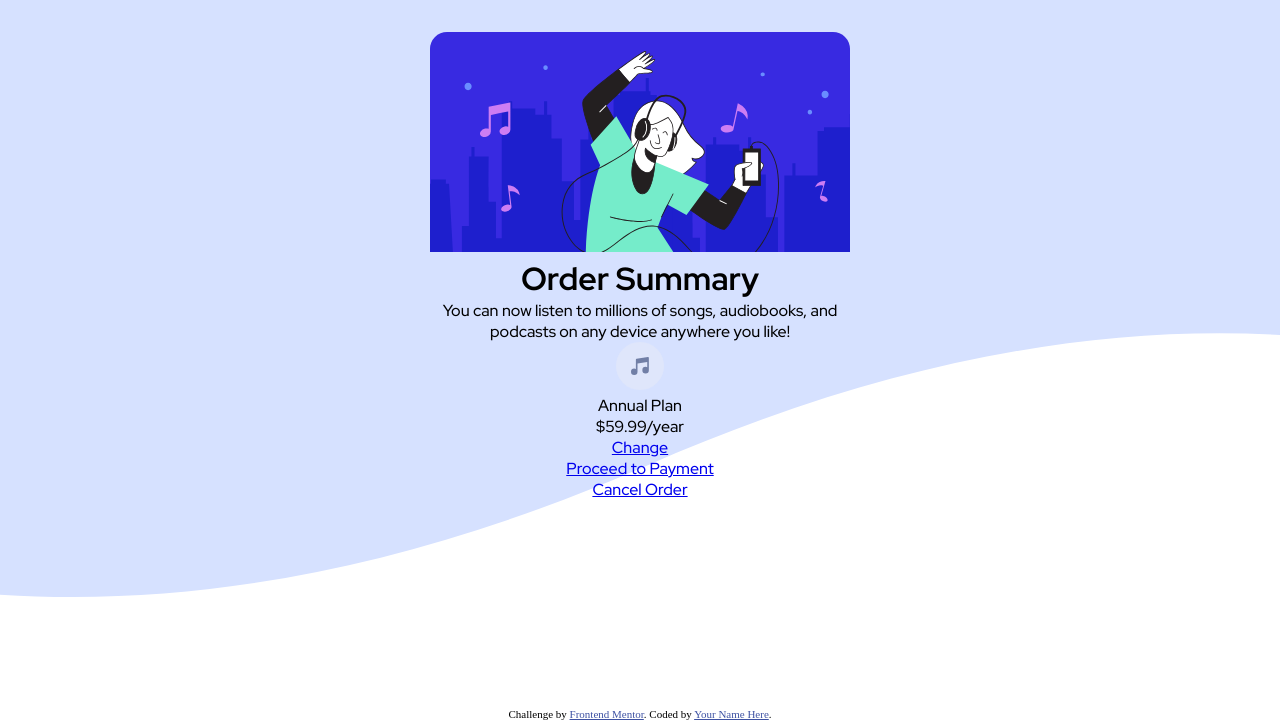
Repository: DejV44/order-summary-frontend
Page: index.html
These files come from the project's save history. The page is drawn as it stood at one moment and after the next save; the edit follows.
The browser window is 1280 px wide. The pictures show the whole page.
The style sheet was rebuilt from its Sass, Less or Tailwind sources for each picture, by a compiler version that may differ from the author's.

Above is the page before, as saved 2021-08-12 20:02:33.

After the next save:
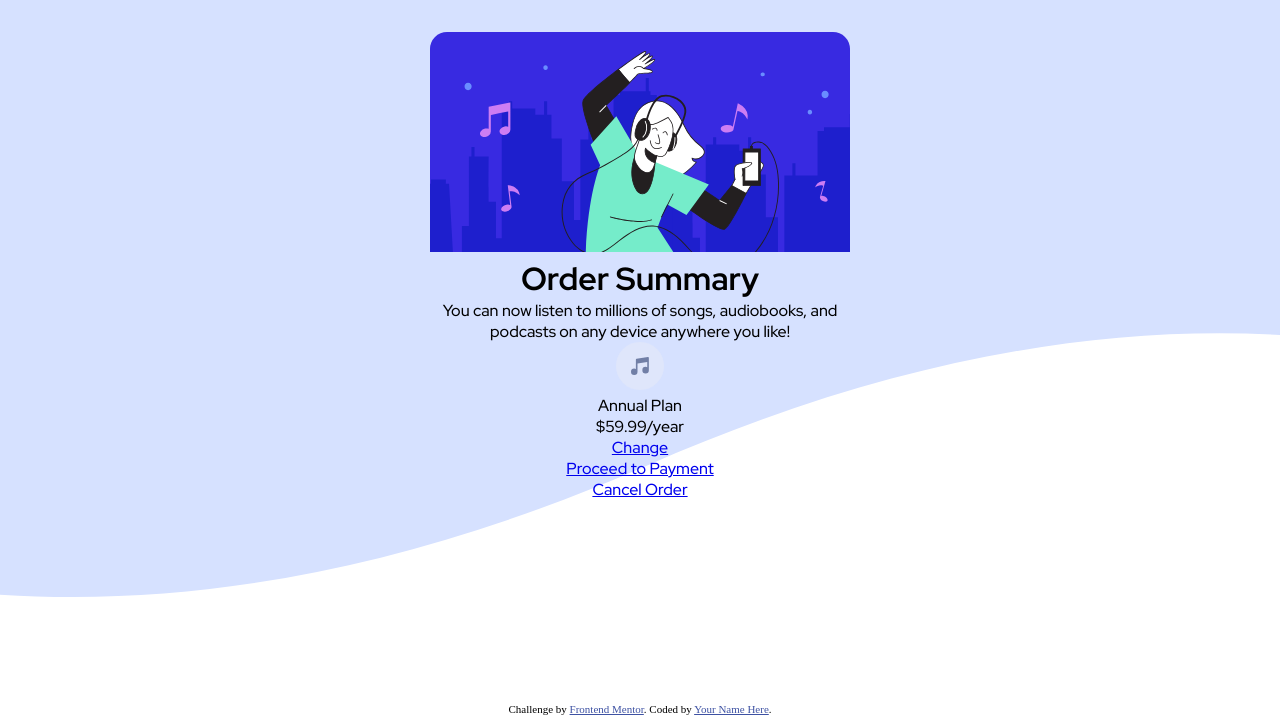
Saved 25 s later.
--- a/css/style.scss
+++ b/css/style.scss
@@ -26,7 +26,7 @@ body {
 
 .attribution {
     position: fixed;
-    bottom: 0;
+    bottom: 5px;
     font-size: 11px; text-align: center;
     a {
         color: hsl(228, 45%, 44%);
